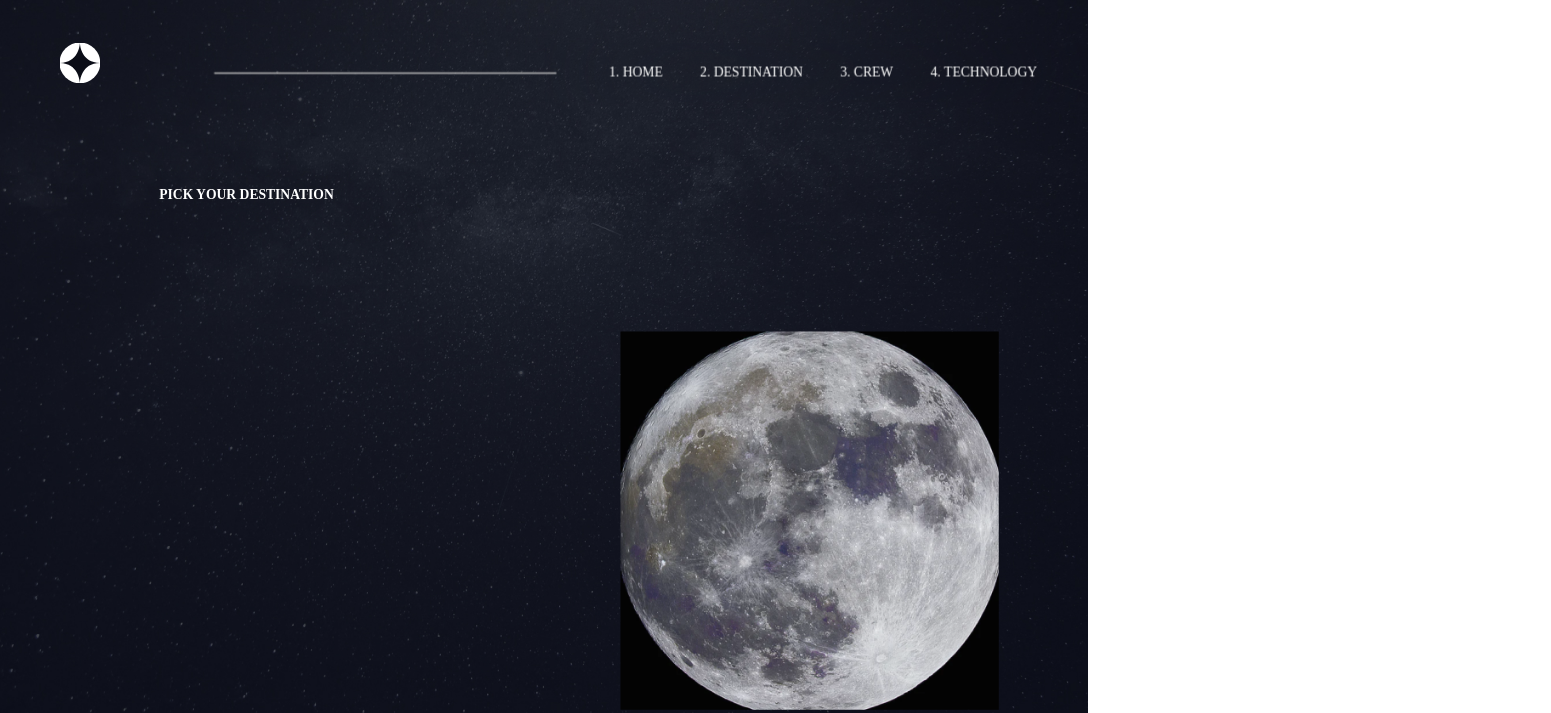
Repository: batonAnton/space_tourism
Page: destination.html
The author's editor kept a copy of each file at every save. The page is drawn from the files as they stood at one save, then again after the next save.
The browser window is 1280 px wide. The page is 1825 px wide, then 1580 px, so the pictures cover 1825 px, including what lies to the right of the window. The pictures show the whole page, at 85% of full size.
Some web fonts or font styles are not loaded; a fallback is used.

Above is the page before, as saved 2022-05-19 14:59:07.

### destination.html
<!DOCTYPE html>
<html lang="en">
<head>
    <meta charset="UTF-8">
    <meta http-equiv="X-UA-Compatible" content="IE=edge">
    <meta name="viewport" content="width=device-width, initial-scale=1.0">
    <title>Space Tourism</title>
    <link rel="stylesheet" href="css/style2 .css">
    <link rel="preconnect" href="https://fonts.googleapis.com">
    <link rel="preconnect" href="https://fonts.gstatic.com" crossorigin>
    <link href="https://fonts.googleapis.com/css2?family=Bellefair&family=Merriweather&display=swap" rel="stylesheet">

    <link rel="preconnect" href="https://fonts.gstatic.com" crossorigin>
    <link href="https://fonts.googleapis.com/css2?family=Bellefair&family=Merriweather&display=swap" rel="stylesheet">
    <link rel="preconnect" href="https://fonts.googleapis.com">
    <link rel="preconnect" href="https://fonts.gstatic.com" crossorigin>
    <link href="https://fonts.googleapis.com/css2?family=Barlow+Condensed:wght@300&family=Bellefair&family=Merriweather&display=swap" rel="stylesheet">
</head>
<body>

    <div id="destination" class="bg">
        <div class="top-container">
            <div class="logo_img">
                <img src="/images/Icon.svg" alt="logo">

            </div>

                                             <!--navbar code -->
            <div class="nav">

                <hr>
                    <ol>

                        <li><a href="#home">home</a></li>
                        <li><a href="">destination</a></li>
                        <li><a href="">crew</a></li>
                        <li><a href="">technology</a></li>

                    </ol>

            </div>
        </div>

        <div class="middle_container">
            <h2 class="h2_planet">pick your destination</h2>


            <div class="planet_img">
                <div class="planet_bg">
                    <img src="/images/destination_img/moon.png" alt="">
                </div>
            </div>



                <div class="get-info">
                    <h2>so, you want to travel to</h2>
                    <h1>space</h1>
                    <p>Let’s face it; if you want to go to space, you might as well genuinely go to outer space and not hover kind of on the edge of it. Well sit back, and relax because we’ll give you a truly out of this world experience!</p>
                </div>


        </div>

    </div>
</body>
</html>

### css/style2 .css
body {
  /* height: 900px; */
  margin: 0;
}

.bg {
  background-image: url(/images/destination_img/bg.jpg);
  height: 100%;
  background-position: center;
  background-repeat: no-repeat;
  background-size: cover;
}

.top-container {
  /* display: inline-block; */
  padding: 50px 0px 50px 70px;
  /* width: 100%; */
}

.logo_img {
  /* width: 555px; */
  float: left;
}

hr {
  width: 400px;
  position: absolute;
  margin: 25px 0px 100px -390px;
}

.nav {
  /* width: 60%; */
  /* margin-left: 408px; */
  position: relative;
  float: right;
  clear: none;
  /* border: 1px solid #979797; */
  padding: 10px 0px 10px 0px;
  backdrop-filter: blur(85px);
  text-transform: uppercase;
}
.nav a {
  text-decoration: none;
}

.nav a:after {
  background: none repeat scroll 0 0 transparent;
  bottom: 0;
  content: "";
  display: block;
  height: 2px;
  left: 50%;
  position: absolute;
  background: #fff;
  transition: width 0.3s ease 0s, left 0.3s ease 0s;
  width: 0;
}
a:hover:after {
  width: 10%;
  left: 0;
}

ol {
  display: inline-flex;
  /* width: 200px; */
  margin-left: 50px;
}

li {
  padding: 0px 60px 0px 0px;
  color: #ffffff;
}

.nav a {
  color: #ffffff;
  font-family: "Bellefair", serif;
  /* font-family: "Merriweather", serif; */
}

/* middle-container property */
.middle_container {
  display: inline-flex;
}

.get-info {
  margin: 130px 100px 100px 150px;
}

.h2_planet {
  height: 1px;
  display: block;
  margin: 100px 0px 0px 100px;
  font-size: 16px;
}

h1,
h2,
p {
  color: #ffffff;
}

h1,
h2 {
  text-align: center;
  width: 380px;
  text-transform: uppercase;
  font-family: "Bellefair", serif;
}

h1 {
  font-size: 7rem;
  height: 80px;
  padding-left: 20px;
  margin-top: 70px;
}

p {
  width: 400px;
  text-align: left;
  font-family: "Barlow Condensed", sans-serif;
}

.planet_img {
  margin: 270px 0px 0px 250px;
}

After the next save:
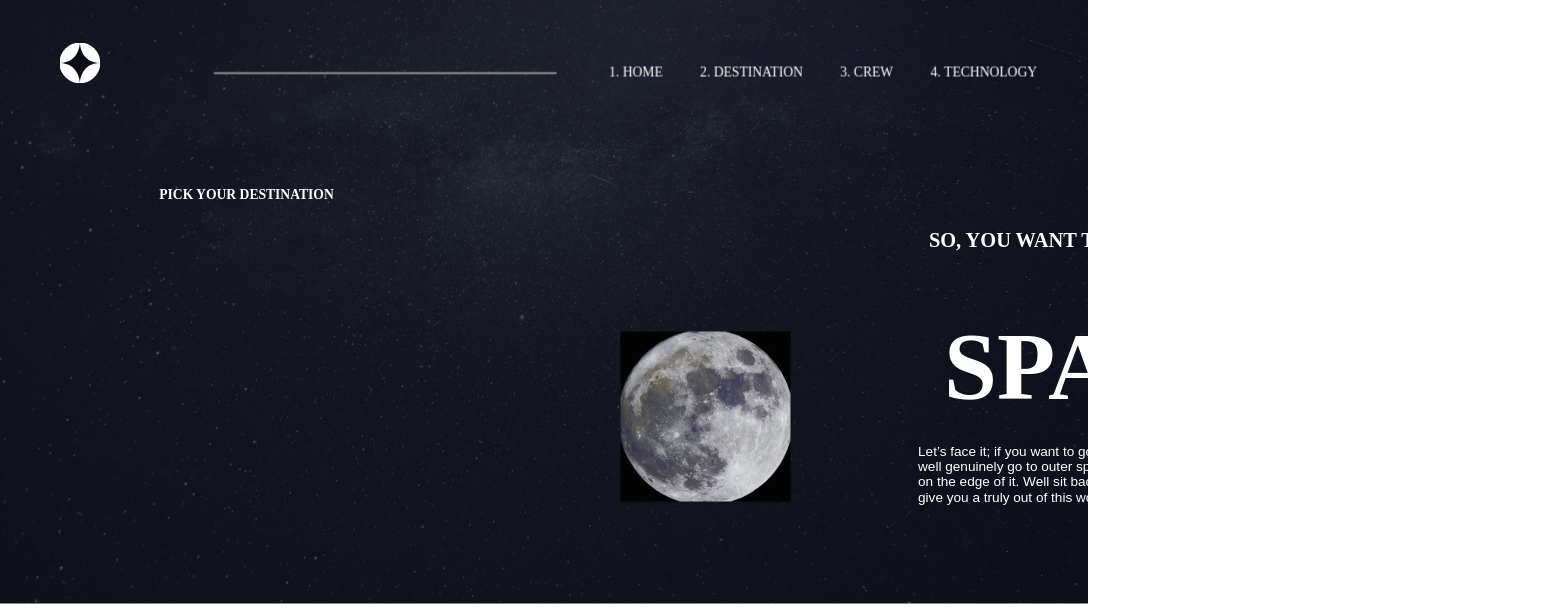
Saved 2 h 34 min later.
--- a/destination.html
+++ b/destination.html
@@ -46,8 +46,9 @@
 
 
             <div class="planet_img">
+
                 <div class="planet_bg">
-                    <img src="/images/destination_img/moon.png" alt="">
+                    <img src="/images/destination_img/moon.png" style="height:200px" alt="">
                 </div>
             </div>
 
